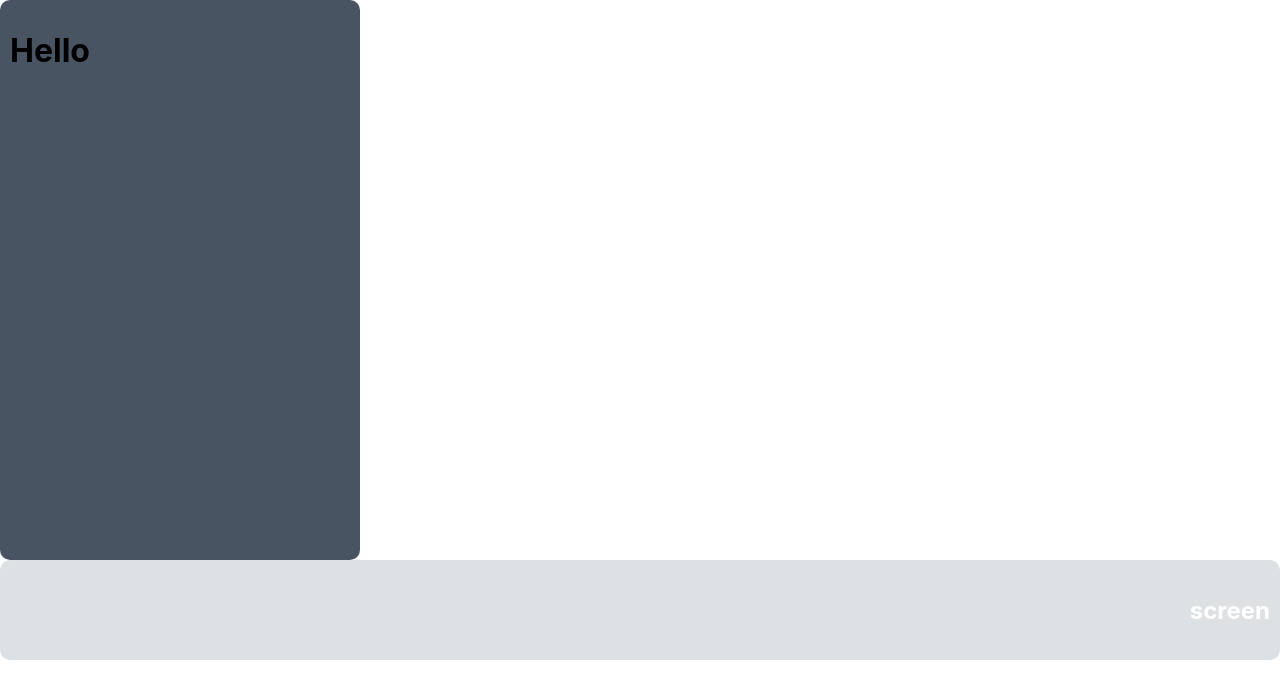
Repository: qudos4real/calculator
Page: /
These files come from the project's save history. The page is drawn as it stood at one moment and after the next save; the edit follows.
The browser window is 1280 px wide. The pictures show the whole page.
The project was rebuilt for these pictures with package versions that can differ from the ones it lists, and the page was loaded fresh each time.

Above is the page before, as saved 2022-10-07 21:17:49.

### src/index.css
body {
  margin: 0;
  font-family: -apple-system, BlinkMacSystemFont, 'Segoe UI', 'Roboto', 'Oxygen',
    'Ubuntu', 'Cantarell', 'Fira Sans', 'Droid Sans', 'Helvetica Neue',
    sans-serif;
  -webkit-font-smoothing: antialiased;
  -moz-osx-font-smoothing: grayscale;
}

code {
  font-family: source-code-pro, Menlo, Monaco, Consolas, 'Courier New',
    monospace;
}
   border: 10px solid black;

### src/App.js
import { Display } from "./components/Display";
import Wrapper from "./components/Wrapper";



function App() {
  return (
    <div>
      <Wrapper />
      <Display />
    </div>
  );
}

export default App;

### src/components/Display.js

import React from 'react'
import './Display.css'

export const Display = ({value}) => {
    return (
        <div className='screen'>
            <h2>screen</h2>
            {value}
        </div>
    )
}

### src/components/Wrapper.js
import React from 'react';
import './Wrapper.css'

const Wrapper = ({Children}) => {
    return (
        <div className='wrapper'>
            <h1>Hello</h1>
            {Children}
        </div>
    )
}
export default Wrapper

### src/components/Display.css
.screen {
    height: 100px;
    width: 100%;
    margin-bottom: 10px;
    padding: 0 10px;
    background-color: #4357692d;
    border-radius: 10px;
    display: flex;
    align-items: center;
    justify-content: flex-end;
    color: white;
    font-weight: bold;
    box-sizing: border-box;
}

### src/components/Wrapper.css
.wrapper {
    width: 340px;
    height: 540px;
    padding: 10px;
    background-color: #485461;
    border-radius: 10px;
}

Loaded but not shown: public/index.html (common file); src/index.js (common file)

After the next save:
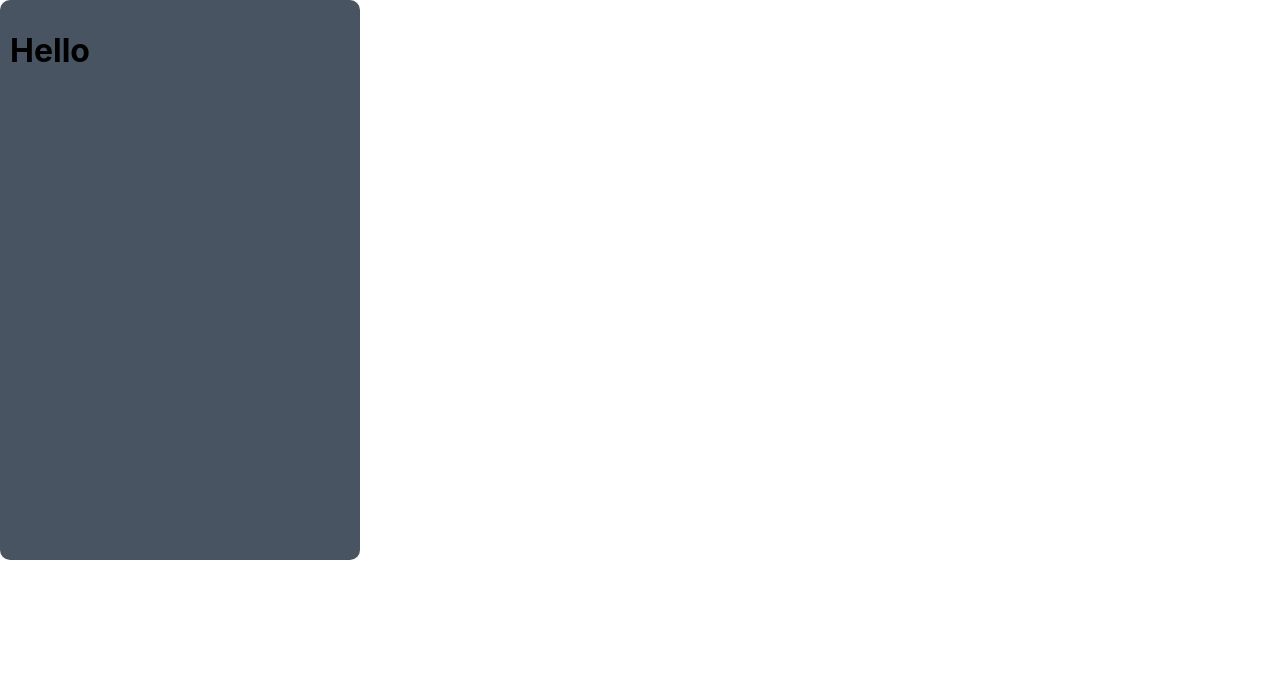
Saved 2 min 7 s later.
--- a/src/App.js
+++ b/src/App.js
@@ -6,8 +6,9 @@ import Wrapper from "./components/Wrapper";
 function App() {
   return (
     <div>
-      <Wrapper />
+      <Wrapper>
       <Display />
+      </Wrapper>
     </div>
   );
 }
